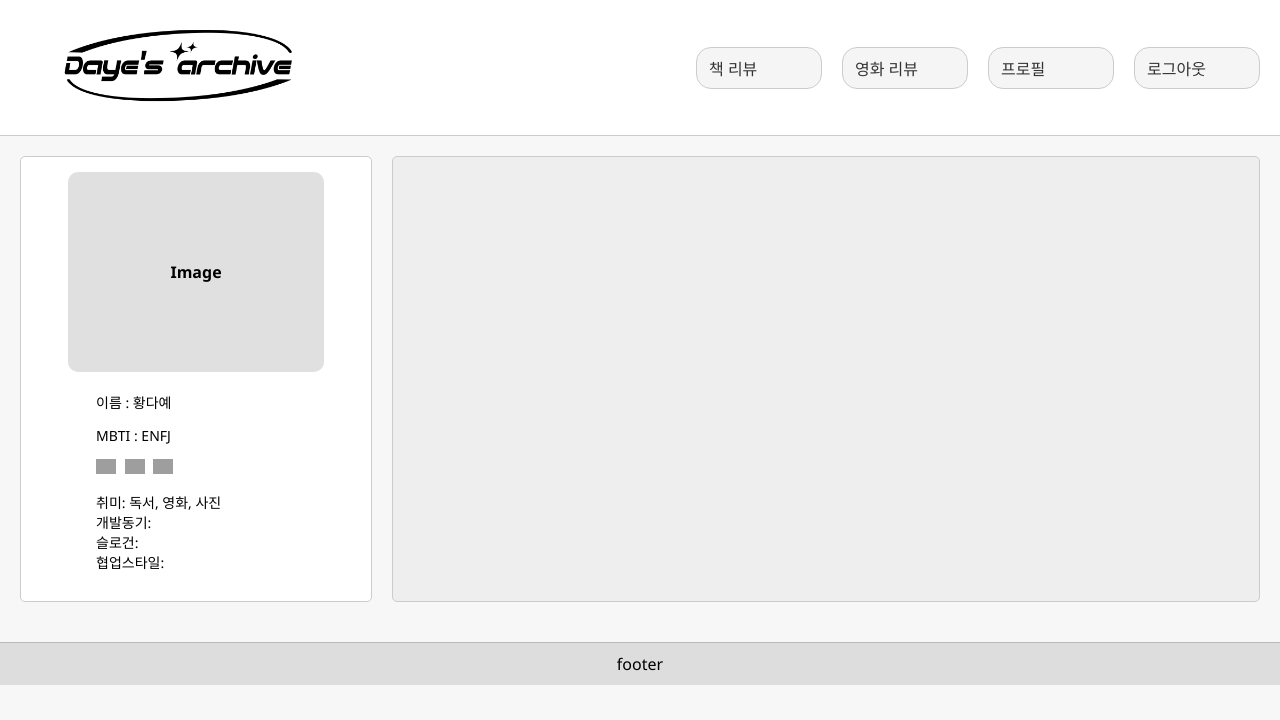
Repository: HWANG-DAYE/spring_project
Page: http://localhost/daye_archive/WEB-INF/views/main.jsp
The author's editor kept a copy of each file at every save. The page is drawn from the files as they stood at one save, then again after the next save.
The browser window is 1280 px wide. The pictures show the whole page.
Pictures or frames that could not be fetched are drawn as grey boxes. The page is served by Tomcat 9. Nobody is signed in. The template is opened directly, without the code that normally fills it, so the values that code supplies are empty.

Above is the page before, as saved 2025-08-06 06:06:20.

After the next save:
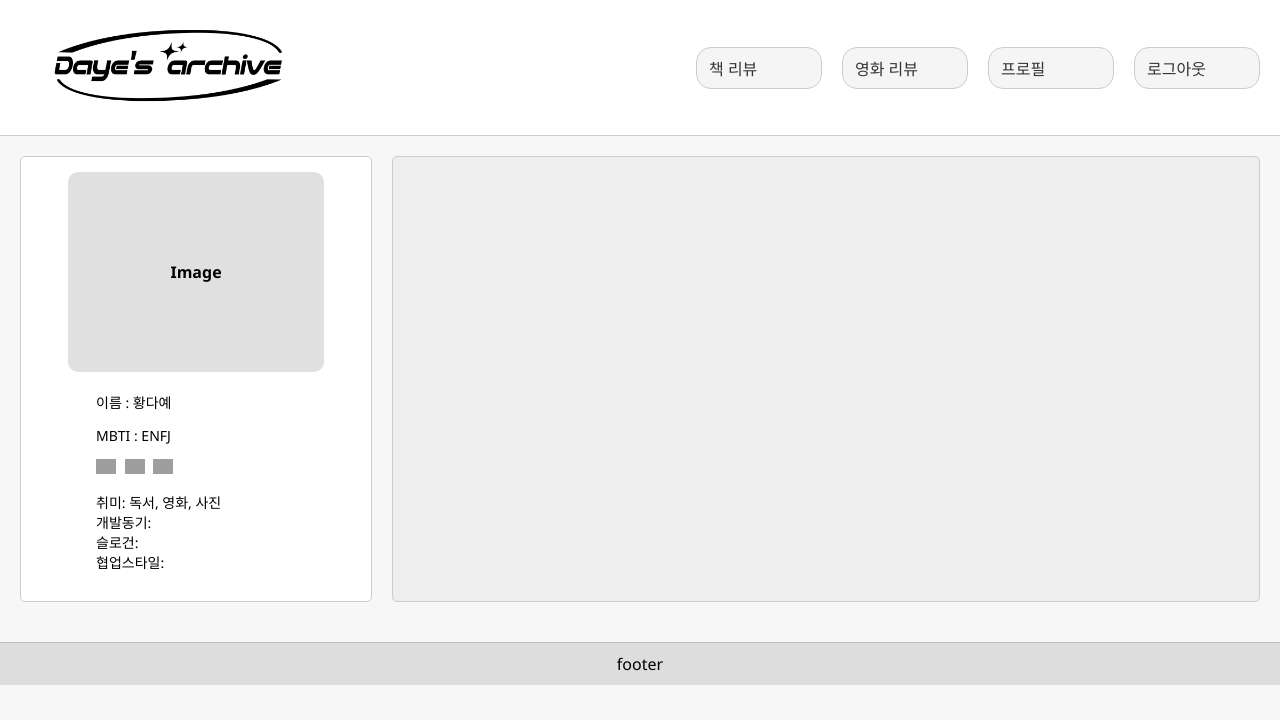
Saved 18 s later.
--- a/daye_archive/src/main/webapp/WEB-INF/views/navi.jsp
+++ b/daye_archive/src/main/webapp/WEB-INF/views/navi.jsp
@@ -22,7 +22,7 @@ header {
 
 .logo-img {
 	height: 80px;
-	padding: 15px 40px;
+	padding: 15px 30px;
 	object-fit: contain;
 }
 
